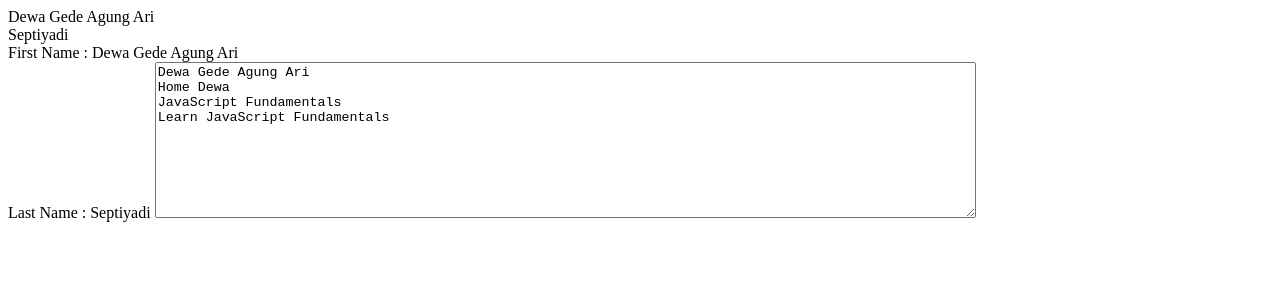
Repository: dewaary/JavaScript-Fundamentals
Page: index.html
The author's editor kept a copy of each file at every save. The page is drawn from the files as they stood at one save, then again after the next save.
The browser window is 1280 px wide. The pictures show the whole page.

Above is the page before, as saved 2021-06-18 23:35:13.

After the next save:
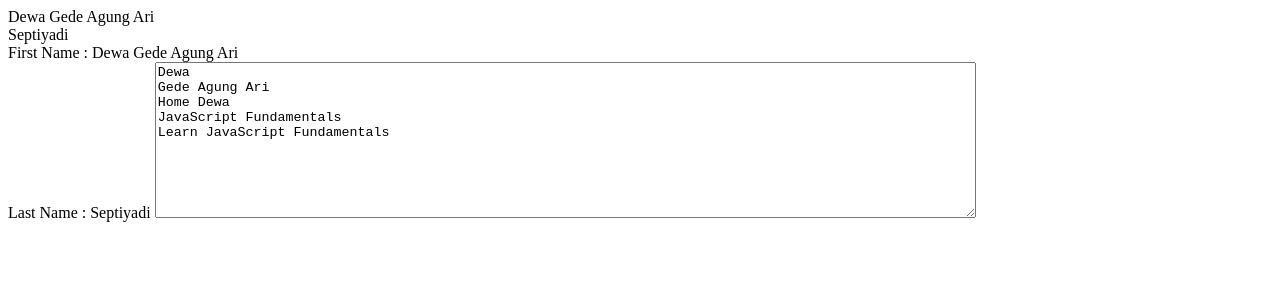
Saved 7 s later.
--- a/scripts/type-data-string.js
+++ b/scripts/type-data-string.js
@@ -22,7 +22,7 @@
 */
 
 document.writeln("<textarea cols = '100' rows = '10'>");
-document.writeln("Dewa Gede Agung Ari");
+document.writeln("Dewa \nGede Agung Ari");
 document.writeln("Home Dewa");
 document.writeln("JavaScript Fundamentals");
 document.writeln('Learn JavaScript Fundamentals')
